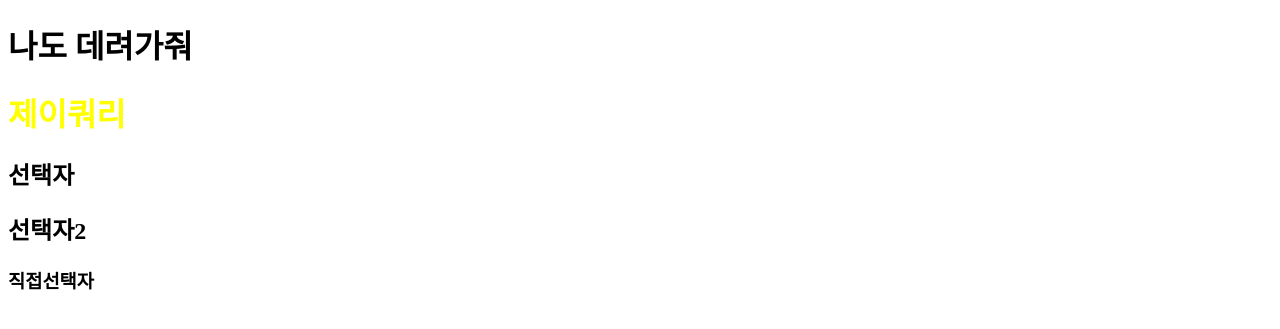
Repository: sanghui4542-ship-it/workspace_jquery
Page: jQuery/src/main/webapp/01문서객체선택자와조작법/jq_selec1_6.html
The author's editor kept a copy of each file at every save. The page is drawn from the files as they stood at one save, then again after the next save.
The browser window is 1280 px wide. The pictures show the whole page.

Above is the page before, as saved 2026-07-06 01:23:53.

### jQuery/src/main/webapp/01문서객체선택자와조작법/jq_selec1_6.html
<!DOCTYPE html>
<html>
		<head>
			<meta charset="UTF-8">
			<title>Insert title here</title>
		<!-- JQuery 문법 사용을 위한 CDN 주소 작성 -->
		<script src="https://code.jquery.com/jquery-latest.min.js"></script>
		</head>
	<body>
		<h1>나도 데려가줘</h1>
		<h1 class="tit">제이쿼리</h1>
		<h2 id="a">선택자</h2>
		<h2>선택자2</h2>
		<h3 class="tit">직접선택자</h3>

		<script type="text/javascript">
			/*
				<h1 class="tit">제이쿼리</h1>

				$("h1.tit") -> 모든 h1 중 class="tit"인 h1 만 최종선택 후 글자색 yellow로 설정
			*/
			$("h1.tit").css("color","yellow");



			/*
				[종속선택자로 요소 선택 - class속성값 기준]
				-> $("요소명.class값")
					:$("요소명")으로 모든요소 선택 -> 그 중에서 class값이 일치하는 요소만 최종 선택


			*/





		</script>



	</body>
</html>

After the next save:
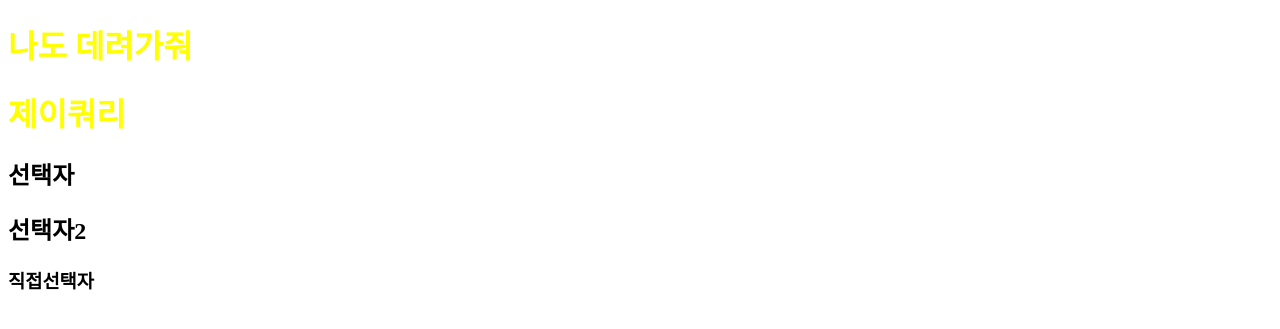
Saved 39 s later.
--- a/jQuery/src/main/webapp/01문서객체선택자와조작법/jq_selec1_6.html
+++ b/jQuery/src/main/webapp/01문서객체선택자와조작법/jq_selec1_6.html
@@ -19,9 +19,7 @@
 
 				$("h1.tit") -> 모든 h1 중 class="tit"인 h1 만 최종선택 후 글자색 yellow로 설정
 			*/
-			$("h1.tit").css("color","yellow");
-
-
+			$("h1").css("color","yellow");
 
 			/*
 				[종속선택자로 요소 선택 - class속성값 기준]
